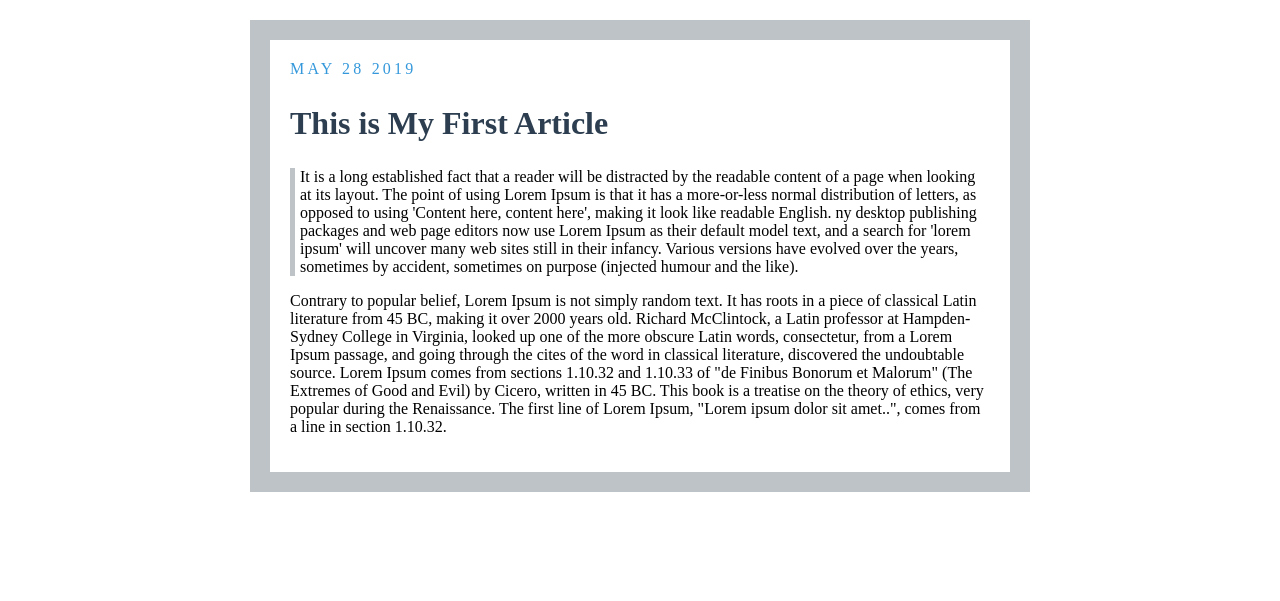
Repository: manojsatya/Web_development
Page: CSS_Blog/blog.html
An editor plug-in stored every save of this project. The page is shown before and after the next save, followed by the edit.
The browser window is 1280 px wide. The pictures show the whole page.
Some web fonts or font styles are not loaded; a fallback is used.

Above is the page before, as saved 2019-05-28 17:15:14.

After the next save:
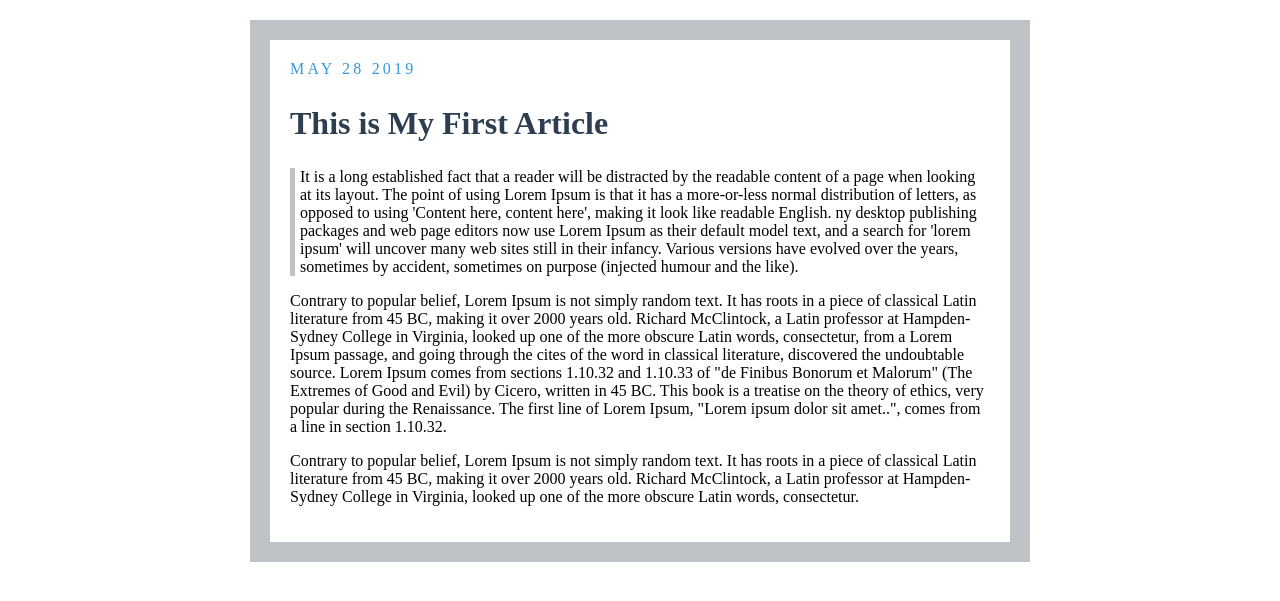
Saved 32 s later.
--- a/CSS_Blog/blog.html
+++ b/CSS_Blog/blog.html
@@ -32,6 +32,12 @@
             This book is a treatise on the theory of ethics, very popular during the Renaissance.
             The first line of Lorem Ipsum, "Lorem ipsum dolor sit amet..", comes from a line in section 1.10.32.</p>
 
+            <p>Contrary to popular belief, Lorem Ipsum is not simply random text.
+                    It has roots in a piece of classical Latin literature from 45 BC,
+                    making it over 2000 years old. Richard McClintock, a Latin professor
+                    at Hampden-Sydney College in Virginia, looked up one of the more obscure
+                    Latin words, consectetur.</p>
+
     </div>
 
 </body>
